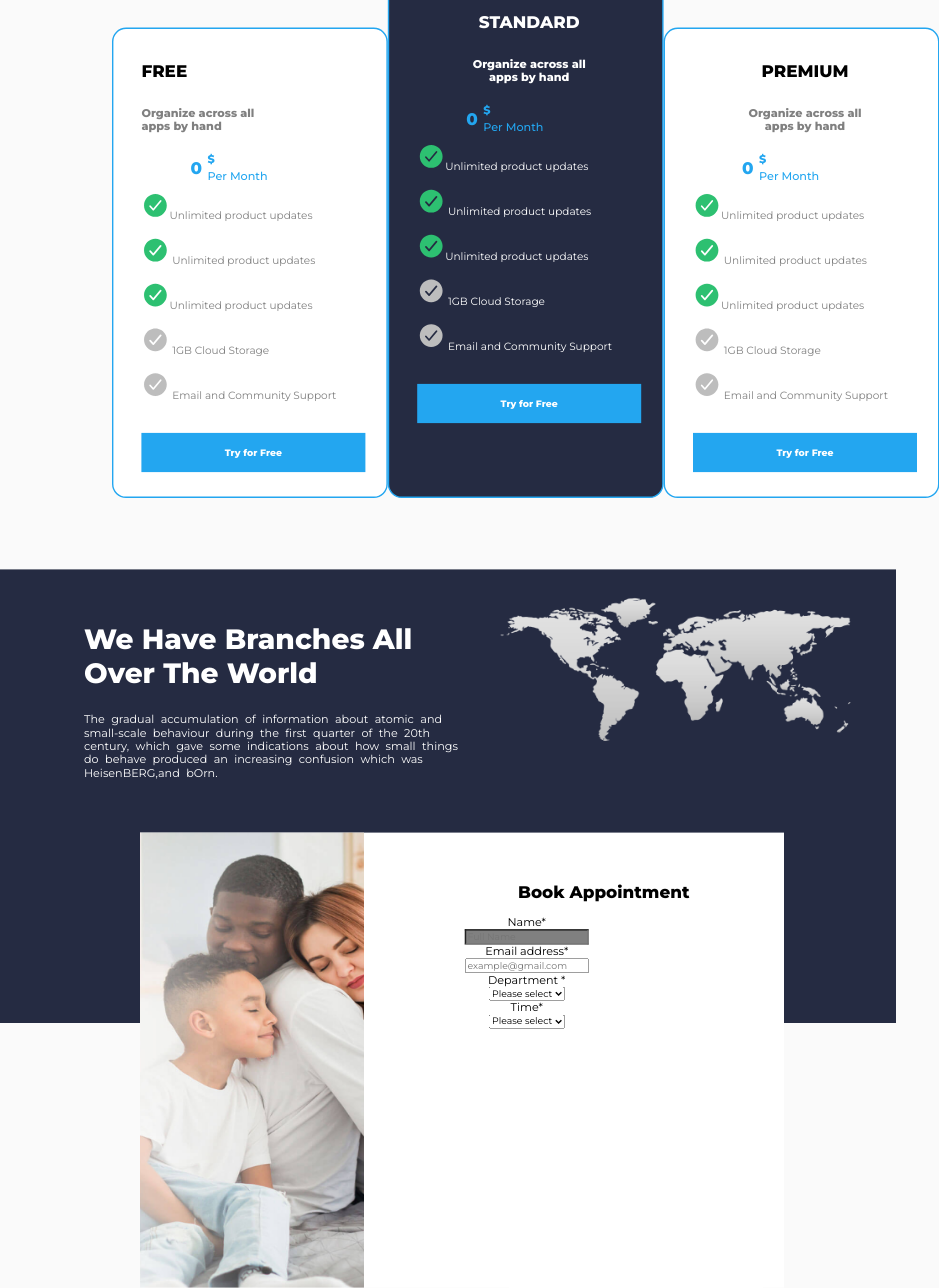
Repository: NANCY-HUB329/week-challenge
Page: index.html
These files come from the project's save history. The page is drawn as it stood at one moment and after the next save; the edit follows.
The browser window is 1280 px wide. The page is 1342 px wide, so the pictures cover 1342 px, including what lies to the right of the window. The pictures show the part of the page from y = 2428 to 4268 px (the page is 4268 px tall), at 70% of full size.

Above is the page before, as saved 2023-11-24 03:09:17.

### index.html
<!DOCTYPE html>
<html lang="en">

<head>
  <meta charset="UTF-8" />
  <meta name="viewport" content="width=device-width, initial-scale=1.0" />
  <title>Responsive website</title>
  <link rel="preconnect" href="https://fonts.googleapis.com" />
  <link rel="preconnect" href="https://fonts.gstatic.com" crossorigin />
  <link href="https://fonts.googleapis.com/css2?family=Montserrat:wght@300;400;500;800&display=swap" rel="stylesheet" />
  <link rel="stylesheet" href="styles.css" />
</head>

<body>
  <section>
    <div class="header">
      <div class="navbar">
        <div class="navbar-brand">
          <a href="#" class="Home"> BrandName</a>
        </div>
        <div class="nav-links">
          <a href="#" class="Home">Home</a>

          <a href="#" class="Product">Product</a>

          <a href="#" class="Pricing">Pricing</a>

          <a href="#" class="Contact">Contact</a>
        </div>
        <div class="nav-right-items">
          <a href="#">Login</a>
          <a href="#" id="signup">Become a Member <ion-icon name="arrow-forward-outline"></ion-icon></a>
        </div>
      </div>
      <div class="header-content">
        <p class="header-content-title">
          We Ensure A Best<br />
          Insurance Service
        </p>
        <p class="header-content-desc">
          We know how large objects will act, but things on a <br />small
          scale just do not act that way
        </p>
        <button type="button" class="header-quote-btn">Get Quote Now</button>
        <button type="button" class="header-learn-btn">Learn More</button>
      </div>
      <div class="header-bottom">
        <div class="header-bottom-content">
          <ion-icon name="people-outline"></ion-icon>
          <h2>Peace of Mind</h2>
          <p>
            the quick fox jumps over the<br />
            lazy dog
          </p>
        </div>
        <div class="header-bottom-content">
          <ion-icon name="people-outline"></ion-icon>
          <h2>Set for Life</h2>
          <p>
            the quick fox jumps over the<br />
            lazy dog
          </p>
        </div>
        <div class="header-bottom-content" id="header-bottom-services">
          <ion-icon name="people-outline"></ion-icon>
          <h2>100% Satisfaction</h2>
          <p>
            the quick fox jumps over the<br />
            lazy dog
          </p>
        </div>
      </div>
    </div>
  </section>
  <div class="reviews">
    <div class="reviews-content">
      <svg xmlns="http://www.w3.org/2000/svg" height="1em" viewBox="0 0 448 512" fill="hsl(201.66deg 87.23% 53.92%)">
        <!--! Font Awesome Free 6.4.2 by @fontawesome - https://fontawesome.com License - https://fontawesome.com/license (Commercial License) Copyright 2023 Fonticons, Inc. -->
        <path
          d="M96 0C43 0 0 43 0 96V416c0 53 43 96 96 96H384h32c17.7 0 32-14.3 32-32s-14.3-32-32-32V384c17.7 0 32-14.3 32-32V32c0-17.7-14.3-32-32-32H384 96zm0 384H352v64H96c-17.7 0-32-14.3-32-32s14.3-32 32-32zm32-240c0-8.8 7.2-16 16-16H336c8.8 0 16 7.2 16 16s-7.2 16-16 16H144c-8.8 0-16-7.2-16-16zm16 48H336c8.8 0 16 7.2 16 16s-7.2 16-16 16H144c-8.8 0-16-7.2-16-16s7.2-16 16-16z" />
      </svg>
      <h3>Peace of Mind</h3>
      <p>so it really behaves like neither.<br />Now we have given up</p>
    </div>
    <div class="reviews-content">
      <ion-icon name="bookmarks-outline"></ion-icon>
      <h3>Set for Life</h3>
      <p>
        They were used to create the <br />
        machines that launched
      </p>
    </div>
    <div class="reviews-content">
      <ion-icon name="people-outline"></ion-icon>
      <h3>100% Satisfaction</h3>
      <p>so it really behaves like neither.<br />Now we have given up</p>
    </div>
  </div>
  <section>
    <div class="main-description">
      <h2>Industry</h2>
      <p>
        Problems trying to resolve the conflict between <br />
        the two major realms of Classical Physics: Newtonian mechanics
      </p>
    </div>
    <div class="testimonials">
      <div class="testimonials-content">
        <img src="./images/user1.png" alt="user" />
        <p>
          Slate helps you see how <br />many more days you need<br />
          to work to reach your financial<br />
          goal for the month and year<br />
        </p>
        <p>
          <svg width="17" height="16" xmlns="http://www.w3.org/2000/svg">
            <path
              d="M16.539 6.097a.297.297 0 00-.24-.202l-5.36-.779L8.542.26a.296.296 0 00-.53 0L5.613 5.117l-5.36.779a.297.297 0 00-.165.505l3.88 3.78-.917 5.34a.297.297 0 00.43.312l4.795-2.52 4.794 2.52a.296.296 0 00.43-.313l-.916-5.338L16.464 6.4c.08-.08.11-.197.075-.304z"
              fill="#EF9546" fill-rule="nonzero" />
          </svg>
          <svg width="17" height="16" xmlns="http://www.w3.org/2000/svg">
            <path
              d="M16.539 6.097a.297.297 0 00-.24-.202l-5.36-.779L8.542.26a.296.296 0 00-.53 0L5.613 5.117l-5.36.779a.297.297 0 00-.165.505l3.88 3.78-.917 5.34a.297.297 0 00.43.312l4.795-2.52 4.794 2.52a.296.296 0 00.43-.313l-.916-5.338L16.464 6.4c.08-.08.11-.197.075-.304z"
              fill="#EF9546" fill-rule="nonzero" />
          </svg>
          <svg width="17" height="16" xmlns="http://www.w3.org/2000/svg">
            <path
              d="M16.539 6.097a.297.297 0 00-.24-.202l-5.36-.779L8.542.26a.296.296 0 00-.53 0L5.613 5.117l-5.36.779a.297.297 0 00-.165.505l3.88 3.78-.917 5.34a.297.297 0 00.43.312l4.795-2.52 4.794 2.52a.296.296 0 00.43-.313l-.916-5.338L16.464 6.4c.08-.08.11-.197.075-.304z"
              fill="#EF9546" fill-rule="nonzero" />
          </svg>

          <svg width="17" height="16" xmlns="http://www.w3.org/2000/svg">
            <path
              d="M16.539 6.097a.297.297 0 00-.24-.202l-5.36-.779L8.542.26a.296.296 0 00-.53 0L5.613 5.117l-5.36.779a.297.297 0 00-.165.505l3.88 3.78-.917 5.34a.297.297 0 00.43.312l4.795-2.52 4.794 2.52a.296.296 0 00.43-.313l-.916-5.338L16.464 6.4c.08-.08.11-.197.075-.304z"
              fill="#EF9546" fill-rule="nonzero" />
          </svg>
          <ion-icon name="star-outline"></ion-icon>
        </p>
      </div>

      <div class="testimonials-content">
        <img src="./images/user2.png" alt="user" />
        <p>
          Slate helps you see how <br />many more days you need<br />
          to work to reach your financial<br />
          goal for the month and year<br />
        </p>
        <p>
          <svg width="17" height="16" xmlns="http://www.w3.org/2000/svg">
            <path
              d="M16.539 6.097a.297.297 0 00-.24-.202l-5.36-.779L8.542.26a.296.296 0 00-.53 0L5.613 5.117l-5.36.779a.297.297 0 00-.165.505l3.88 3.78-.917 5.34a.297.297 0 00.43.312l4.795-2.52 4.794 2.52a.296.296 0 00.43-.313l-.916-5.338L16.464 6.4c.08-.08.11-.197.075-.304z"
              fill="#EF9546" fill-rule="nonzero" />
          </svg>
          <svg width="17" height="16" xmlns="http://www.w3.org/2000/svg">
            <path
              d="M16.539 6.097a.297.297 0 00-.24-.202l-5.36-.779L8.542.26a.296.296 0 00-.53 0L5.613 5.117l-5.36.779a.297.297 0 00-.165.505l3.88 3.78-.917 5.34a.297.297 0 00.43.312l4.795-2.52 4.794 2.52a.296.296 0 00.43-.313l-.916-5.338L16.464 6.4c.08-.08.11-.197.075-.304z"
              fill="#EF9546" fill-rule="nonzero" />
          </svg>
          <svg width="17" height="16" xmlns="http://www.w3.org/2000/svg">
            <path
              d="M16.539 6.097a.297.297 0 00-.24-.202l-5.36-.779L8.542.26a.296.296 0 00-.53 0L5.613 5.117l-5.36.779a.297.297 0 00-.165.505l3.88 3.78-.917 5.34a.297.297 0 00.43.312l4.795-2.52 4.794 2.52a.296.296 0 00.43-.313l-.916-5.338L16.464 6.4c.08-.08.11-.197.075-.304z"
              fill="#EF9546" fill-rule="nonzero" />
          </svg>

          <svg width="17" height="16" xmlns="http://www.w3.org/2000/svg">
            <path
              d="M16.539 6.097a.297.297 0 00-.24-.202l-5.36-.779L8.542.26a.296.296 0 00-.53 0L5.613 5.117l-5.36.779a.297.297 0 00-.165.505l3.88 3.78-.917 5.34a.297.297 0 00.43.312l4.795-2.52 4.794 2.52a.296.296 0 00.43-.313l-.916-5.338L16.464 6.4c.08-.08.11-.197.075-.304z"
              fill="#EF9546" fill-rule="nonzero" />
          </svg>
          <ion-icon name="star-outline"></ion-icon>
        </p>
      </div>
      <div class="testimonials-content">
        <img src="./images/user3.png" alt="user" />
        <p>
          Slate helps you see how <br />many more days you need<br />
          to work to reach your financial<br />
          goal for the month and year<br />
        </p>
        <p>
          <svg width="17" height="16" xmlns="http://www.w3.org/2000/svg">
            <path
              d="M16.539 6.097a.297.297 0 00-.24-.202l-5.36-.779L8.542.26a.296.296 0 00-.53 0L5.613 5.117l-5.36.779a.297.297 0 00-.165.505l3.88 3.78-.917 5.34a.297.297 0 00.43.312l4.795-2.52 4.794 2.52a.296.296 0 00.43-.313l-.916-5.338L16.464 6.4c.08-.08.11-.197.075-.304z"
              fill="#EF9546" fill-rule="nonzero" />
          </svg>
          <svg width="17" height="16" xmlns="http://www.w3.org/2000/svg">
            <path
              d="M16.539 6.097a.297.297 0 00-.24-.202l-5.36-.779L8.542.26a.296.296 0 00-.53 0L5.613 5.117l-5.36.779a.297.297 0 00-.165.505l3.88 3.78-.917 5.34a.297.297 0 00.43.312l4.795-2.52 4.794 2.52a.296.296 0 00.43-.313l-.916-5.338L16.464 6.4c.08-.08.11-.197.075-.304z"
              fill="#EF9546" fill-rule="nonzero" />
          </svg>
          <svg width="17" height="16" xmlns="http://www.w3.org/2000/svg">
            <path
              d="M16.539 6.097a.297.297 0 00-.24-.202l-5.36-.779L8.542.26a.296.296 0 00-.53 0L5.613 5.117l-5.36.779a.297.297 0 00-.165.505l3.88 3.78-.917 5.34a.297.297 0 00.43.312l4.795-2.52 4.794 2.52a.296.296 0 00.43-.313l-.916-5.338L16.464 6.4c.08-.08.11-.197.075-.304z"
              fill="#EF9546" fill-rule="nonzero" />
          </svg>

          <svg width="17" height="16" xmlns="http://www.w3.org/2000/svg">
            <path
              d="M16.539 6.097a.297.297 0 00-.24-.202l-5.36-.779L8.542.26a.296.296 0 00-.53 0L5.613 5.117l-5.36.779a.297.297 0 00-.165.505l3.88 3.78-.917 5.34a.297.297 0 00.43.312l4.795-2.52 4.794 2.52a.296.296 0 00.43-.313l-.916-5.338L16.464 6.4c.08-.08.11-.197.075-.304z"
              fill="#EF9546" fill-rule="nonzero" />
          </svg>
          <ion-icon name="star-outline"></ion-icon>
        </p>
      </div>
    </div>
    <div class="companies">
      <img src="./images/Vector.png" alt="" />
      <img src="./images/Vector-1.png" alt="lyft" />
      <img src="./images/Vector-2.png" alt="" />
      <img src="./images/Vector-3.png" alt="" />
      <img src="./images/Vector-4.png" alt="" />

      <img src="./images/Vector-5.png" alt="" />
    </div>
    <div class="subscription">
      <h2>
        Subscribe For latest <br />
        Newsletter
      </h2>
      <div class="subscription-form">
        <form action="">
          <input type="email" name="email" placeholder="Your Email" />
          <button type="submit">Subscribe</button>
        </form>
      </div>
    </div>
  </section>
  <section>
    <div class="pricing">
      <div class="pricing-title">
        <h1>Pricing</h1>
        <p>
          Problems trying to resolve the conflict between <br />
          the two major realms of Classical Physics: Newtonian mechanics
        </p>

      </div>
      <div class="price-rates">
        <div class="price-rates-free">
          <h1>FREE</h1>
          <p>
            Organize across all <br />
            apps by hand
          </p>
          <div class="container-rates">
            <h2>0</h2>
            <div class="container-rates-wrap">
              <p style="font-weight: 600;">$</p>
              <p> Per Month</p>
            </div>
          </div>
          <div class="pricing-rates-desc">




<div class="pricing-rates-desc-wrap">
            <p><ion-icon name="checkmark-circle" style="color: hsl(147.76deg 62.03% 46.47%);"></ion-icon>Unlimited
              product updates</p>
            <p> <ion-icon name="checkmark-circle" style="color: hsl(147.76deg 62.03% 46.47%);"> </ion-icon> Unlimited
              product updates</p>
            <p> <ion-icon name="checkmark-circle" style="color: hsl(147.76deg 62.03% 46.47%);"> </ion-icon>Unlimited
              product updates</p>
            <p> <ion-icon name="checkmark-circle" style="color: hsl(0deg 0% 74.12%);"></ion-icon> 1GB Cloud Storage</p>
            <p> <ion-icon name="checkmark-circle" style="color: hsl(0deg 0% 74.12%);"></ion-icon> Email and Community
              Support</p>
            </div>
            <button type="button" class="pricing-rate-btn"> Try for Free</button>
          </div>
        </div>
        <div class="price-rates-standard">
          <h1>STANDARD</h1>
          <p>
            Organize across all <br />
            apps by hand
          </p>
          <div class="container-rates">
            <h2>0</h2>
            <div class="container-rates-wrap">
              <p style="font-weight: 600;">$</p>
              <p> Per Month</p>
            </div>
          </div>
          <div class="pricing-rates-desc">




<div class="pricing-rates-desc-wrap">
            <p style=" color: white;"><ion-icon name="checkmark-circle" style="color: hsl(147.76deg 62.03% 46.47%);"></ion-icon>Unlimited
              product updates</p>
            <p style=" color: white;" > <ion-icon name="checkmark-circle" style="color: hsl(147.76deg 62.03% 46.47%);"> </ion-icon> Unlimited
              product updates</p>
            <p style=" color: white;"> <ion-icon name="checkmark-circle" style="color: hsl(147.76deg 62.03% 46.47%);"> </ion-icon>Unlimited
              product updates</p>
            <p style=" color: white;"> <ion-icon name="checkmark-circle" style="color: hsl(0deg 0% 74.12%);"></ion-icon> 1GB Cloud Storage</p>
            <p style=" color: white;"> <ion-icon name="checkmark-circle" style="color: hsl(0deg 0% 74.12%);"></ion-icon> Email and Community
              Support</p>
            </div>
            <button type="button" class="pricing-rate-btn"> Try for Free</button>
          </div>
        </div>
        <div class="price-rates-premium">
          <h1>PREMIUM</h1>
          <p>
            Organize across all <br />
            apps by hand
          </p>
          <div class="container-rates">
            <h2>0</h2>
            <div class="container-rates-wrap">
              <p style="font-weight: 600;">$</p>
              <p> Per Month</p>
            </div>
          </div>
          <div class="pricing-rates-desc">




<div class="pricing-rates-desc-wrap">
            <p><ion-icon name="checkmark-circle" style="color: hsl(147.76deg 62.03% 46.47%);"></ion-icon>Unlimited
              product updates</p>
            <p> <ion-icon name="checkmark-circle" style="color: hsl(147.76deg 62.03% 46.47%);"> </ion-icon> Unlimited
              product updates</p>
            <p> <ion-icon name="checkmark-circle" style="color: hsl(147.76deg 62.03% 46.47%);"> </ion-icon>Unlimited
              product updates</p>
            <p> <ion-icon name="checkmark-circle" style="color: hsl(0deg 0% 74.12%);"></ion-icon> 1GB Cloud Storage</p>
            <p> <ion-icon name="checkmark-circle" style="color: hsl(0deg 0% 74.12%);"></ion-icon> Email and Community
              Support</p>
            </div>
            <button type="button" class="pricing-rate-btn"> Try for Free</button>
          </div>
        </div>

        </div>
      </div>


  </section>
  <section>
    <div class="container-contact">
      <div class="contact-content">
        <div class="contact-content-title">
<h1>
We Have Branches All <br> Over The World
</h1>
<p>The gradual accumulation of information about atomic and <br>
  small-scale behaviour during the first quarter of the 20th<br> century, which gave
   some indications about how small things<br> do behave
  produced an increasing confusion which was<br> HeisenBERG,and bOrn.
</p>
</div>
<img src="./images/pingwig.png" alt=""/>
</div>
<div class="contact-form" >
<img src="./images/contact.png"/>
<div class="contact=form-main">
<h2>Book Appointment</h2>

<form>
  <label for="name">Name*</label><br>
<input type="text" value="" placeholder="Full Name" style="background-color: gray;" name=""/><br>
<label for="name">Email address*</label><br>
<input type="text" value="" placeholder="example@gmail.com" name=""/><br>
<label for="name">Department *</label><br>
<select>
  <option value="" disabled selected>Please select</option>
  >
</select><br>

<label for="name">Time*</label><br>
<select>
  <option value="" disabled selected>Please select</option>
  >
</select><br>
</form>
</div>
</div>
    </div>
  </section>

  <script type="module" src="https://unpkg.com/ionicons@7.1.0/dist/ionicons/ionicons.esm.js"></script>
  <script nomodule src="https://unpkg.com/ionicons@7.1.0/dist/ionicons/ionicons.js"></script>
</body>

</html>

Loaded but not shown: styles.css (517 lines, source omitted)

After the next save:
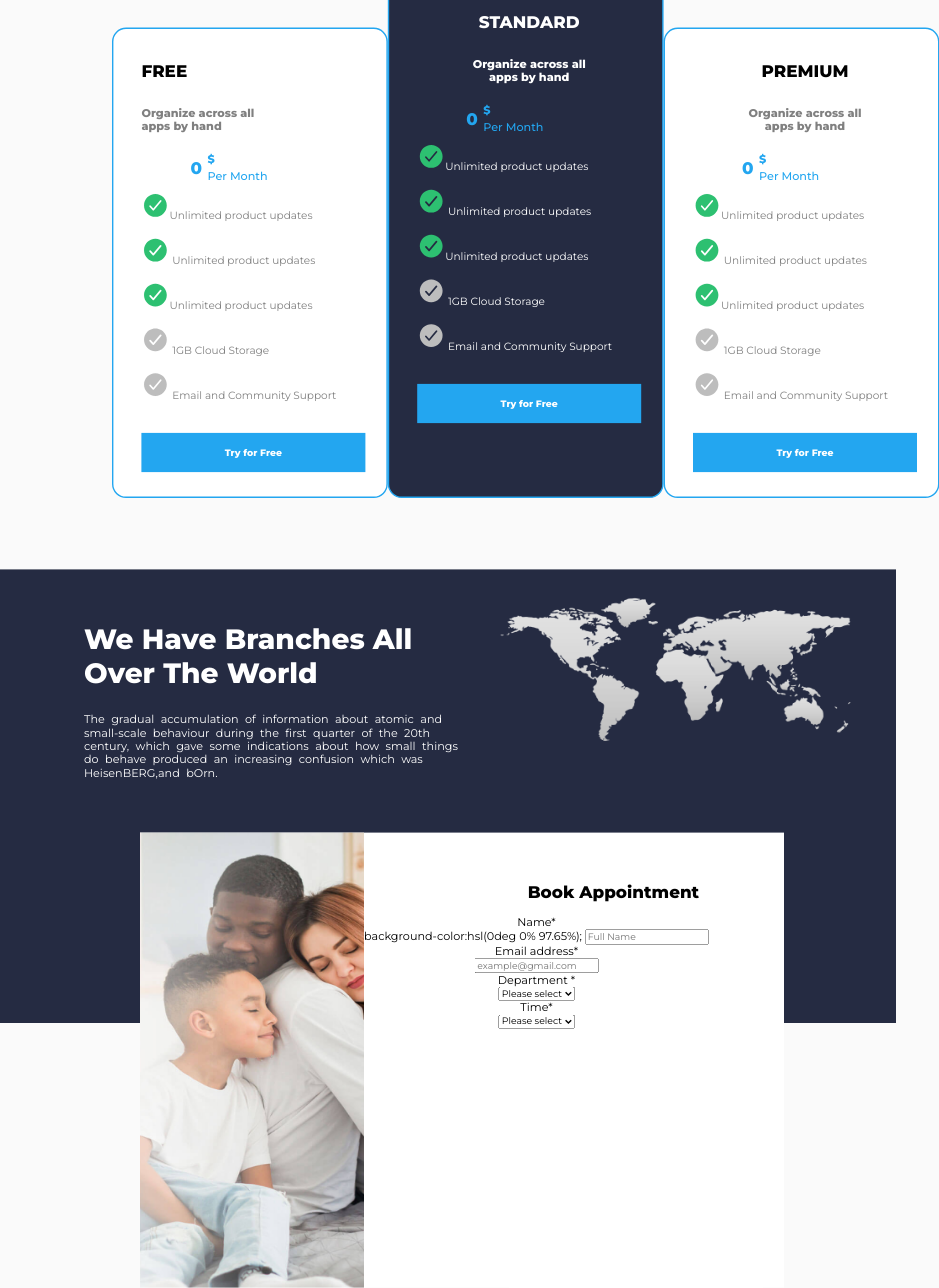
Saved 8 s later.
--- a/index.html
+++ b/index.html
@@ -360,7 +360,8 @@
 
 <form>
   <label for="name">Name*</label><br>
-<input type="text" value="" placeholder="Full Name" style="background-color: gray;" name=""/><br>
+  background-color:hsl(0deg 0% 97.65%);
+  <input type="text" value="" placeholder="Full Name" style="background-color: ;" name=""/><br>
 <label for="name">Email address*</label><br>
 <input type="text" value="" placeholder="example@gmail.com" name=""/><br>
 <label for="name">Department *</label><br>
